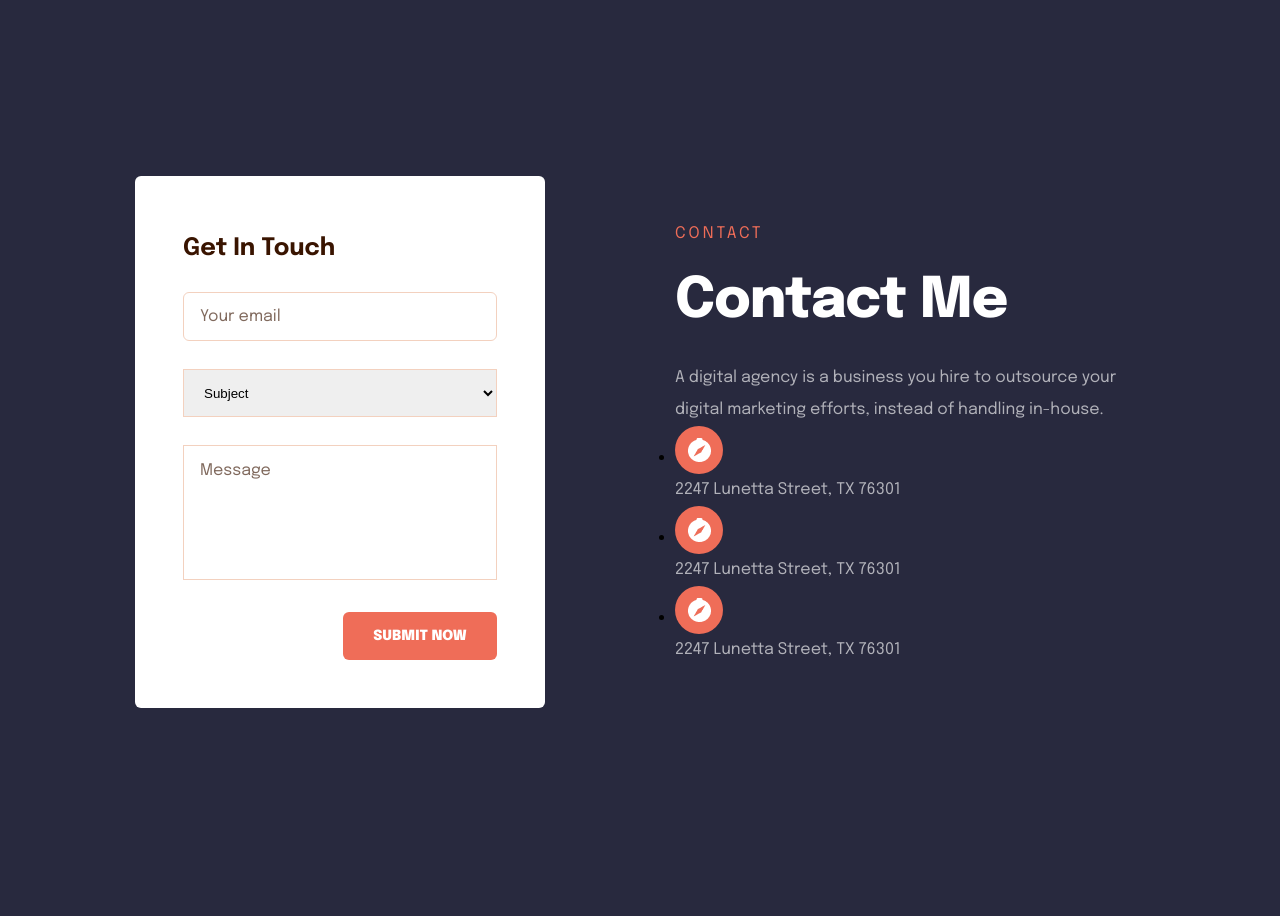
Repository: simralgasimov/contact-me
Page: index.html
The author's editor kept a copy of each file at every save. The page is drawn from the files as they stood at one save, then again after a run of saves.
The browser window is 1280 px wide. The pictures show the whole page.

Above is the page before, as saved 2023-10-04 13:43:36.

After the next 2 saves:
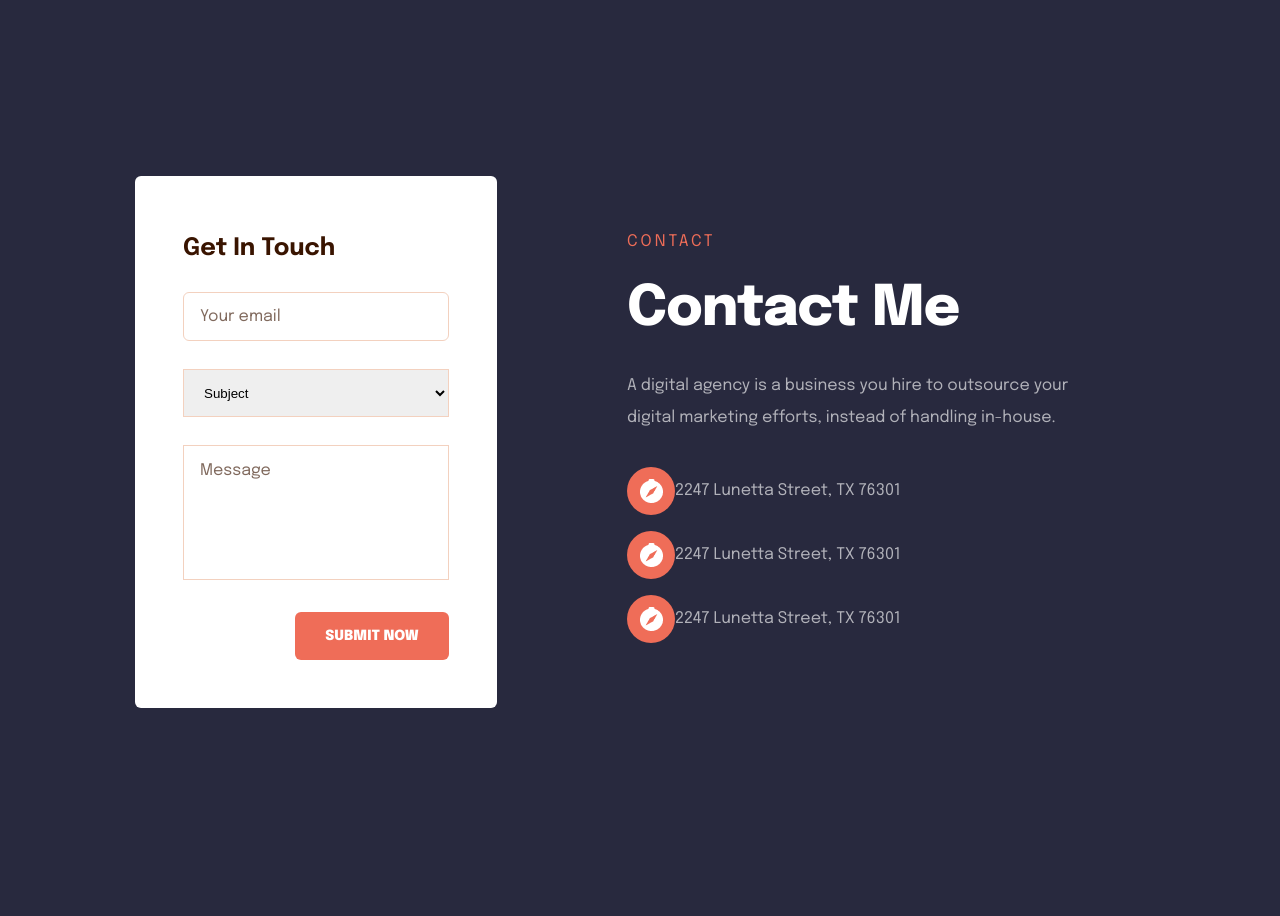
The 2 saves are shown as one change because they came seconds apart.
The last was saved 7 s later.
--- a/index.css
+++ b/index.css
@@ -165,7 +165,9 @@
   font-weight: 400;
   line-height: 32px;
 }
-.co
+.container ul{
+  margin-top: 33px;
+}
 .container ul li{
   margin-bottom: 16px;
   list-style-type: none;
